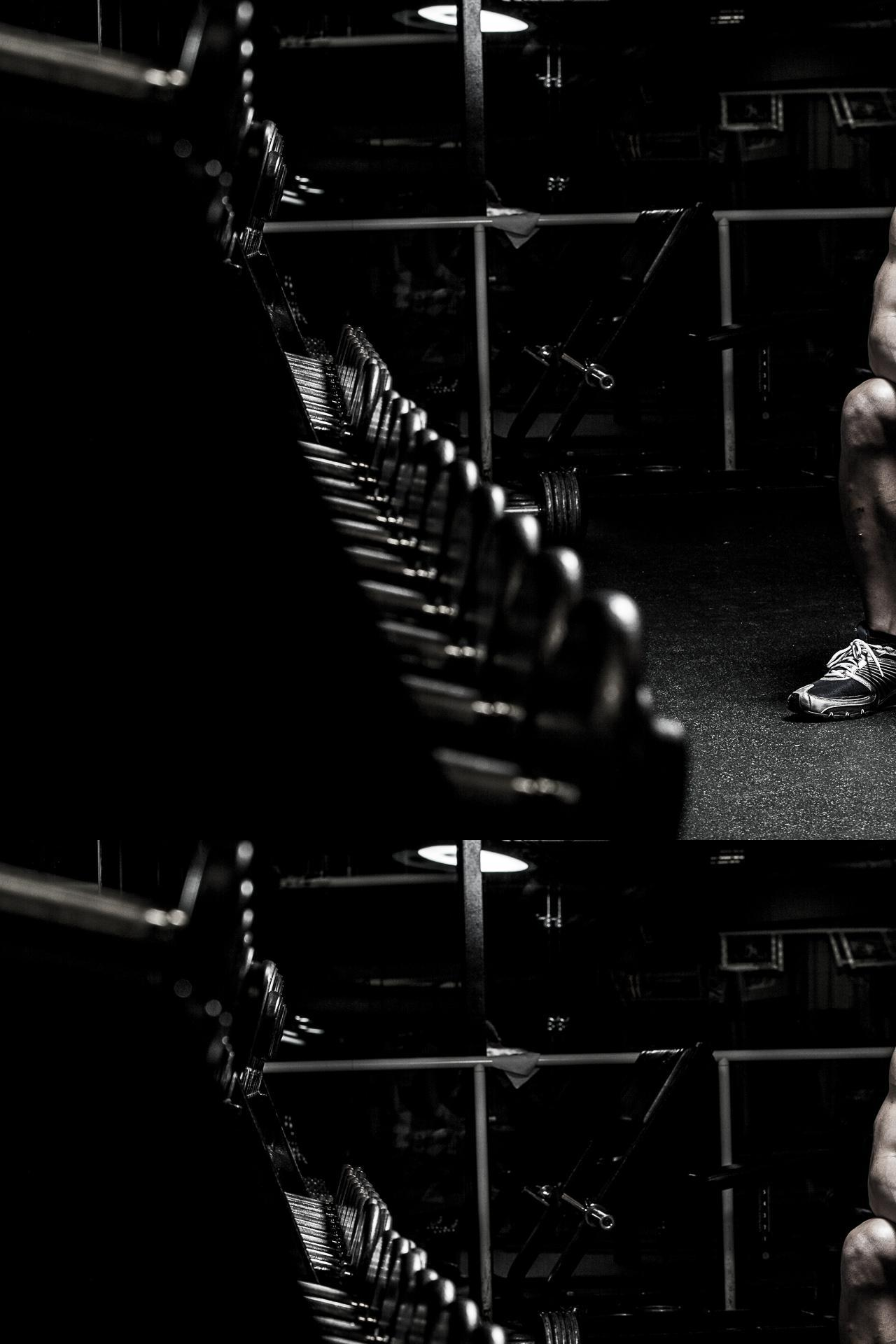
Repository: asthaasquare/project-1
Page: project-1/index.html
These files come from the project's save history. The page is drawn as it stood at one moment and after the next save; the edit follows.
The browser window is 1280 px wide. The pictures show the part of the page from y = 0 to 1920 px (the page is 45685 px tall before and 720 px after), at 70% of full size.

Above is the page before, as saved 2024-05-09 10:01:04.

### project-1/index.html
<!DOCTYPE html>
<html lang="en">
<head>
    <meta charset="UTF-8">
    <meta name="viewport" content="width=device-width, initial-scale=1.0">
    <title>Fit World</title>
    <style>
        body{
            margin: 0px;
            padding: 0px;
            background: url('img/1087639.jpg');
            height: 45685px;

        }

    </style>
</head>
<link rel="stylesheet" href="css/style.css">
<body>
    <header class="class">

    </header>

</body>
</html>

Loaded but not shown: project-1/css/style.css (no stored copy; drawn as an empty file)

After the next save:
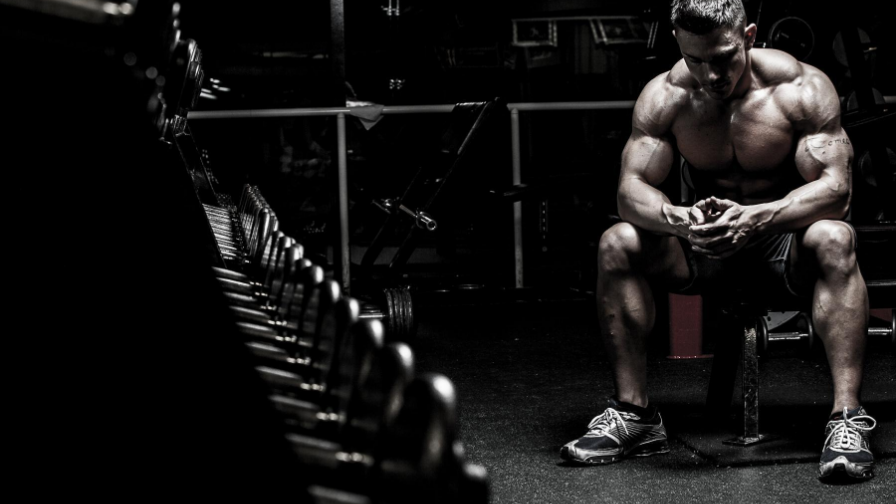
Saved 105 s later.
--- a/project-1/index.html
+++ b/project-1/index.html
@@ -5,13 +5,14 @@
     <meta name="viewport" content="width=device-width, initial-scale=1.0">
     <title>Fit World</title>
     <style>
-        body{
-            margin: 0px;
-            padding: 0px;
-            background: url('img/1087639.jpg');
-            height: 45685px;
-
-        }
+       body {
+    margin: 0;
+    padding: 0;
+    background-image: url('img/1087639.jpg');
+    background-size: cover; /* This will make sure the image covers the entire background */
+    background-position: center; /* This will center the image within the container */
+    height: 100vh; /* This will set the height of the background to the viewport height */
+}
 
     </style>
 </head>
